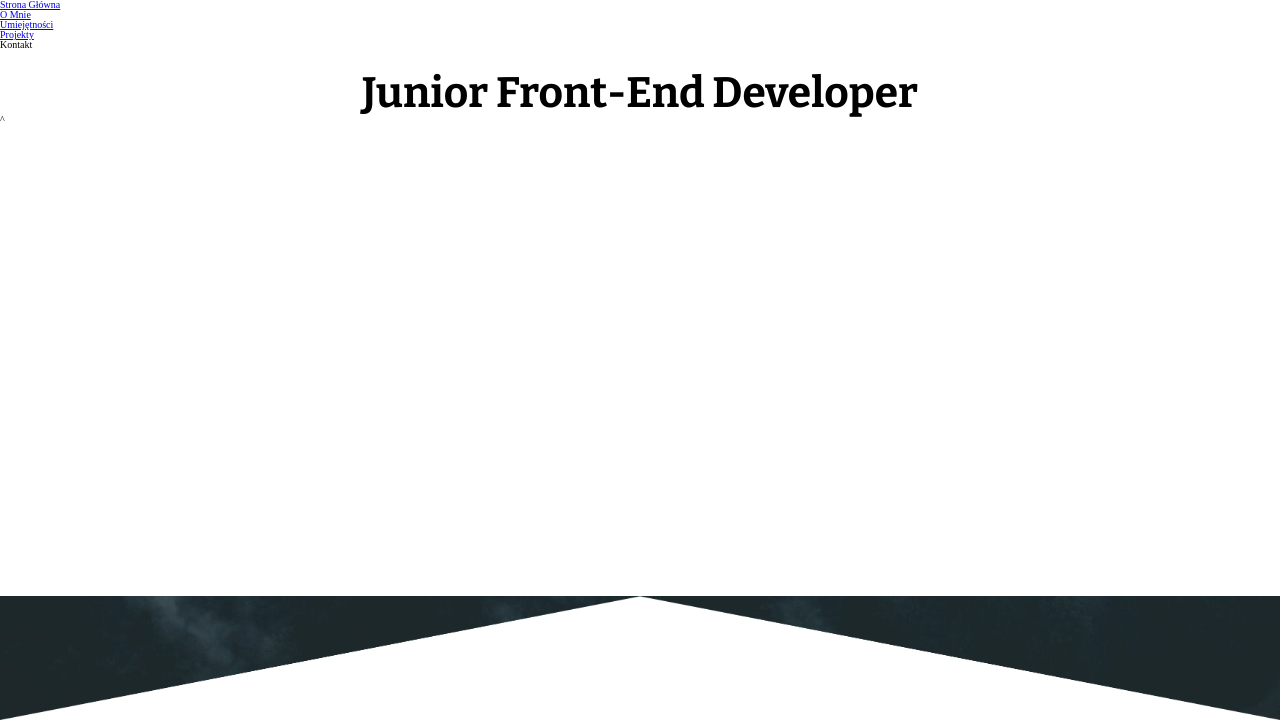
Repository: Maxs777/wizytowka
Page: index.html
These files come from the project's save history. The page is drawn as it stood at one moment and after a run of saves; the edit follows.
The browser window is 1280 px wide. The pictures show the whole page.

Above is the page before, as saved 2019-03-09 21:50:58.

### index.html
<!DOCTYPE html>
<html lang="pl">
<head>
    <meta charset="UTF-8">
    <meta name="viewport" content="width=device-width, initial-scale=1.0">
    <meta http-equiv="X-UA-Compatible" content="ie=edge">
    <link rel="stylesheet" href="_css/style.css">
    <title>Strona-wizytówka</title>
    <meta name="description" content="Jest to moja pierwsza strona-wizytówka">
    <meta name="author" content="Maksymilian Suchocki">
    <link href="https://fonts.googleapis.com/css?family=Bitter:400i,700&amp;subset=latin-ext" rel="stylesheet">
    <link rel="stylesheet" href="https://use.fontawesome.com/releases/v5.7.2/css/all.css"
        integrity="sha384-fnmOCqbTlWIlj8LyTjo7mOUStjsKC4pOpQbqyi7RrhN7udi9RwhKkMHpvLbHG9Sr" crossorigin="anonymous">


</head>
<body>
   <div class="container">
       <header>
        <nav>
            <ul>
                <li><a href="#header">Strona Główna</a></li>
                <li><a href="#section1">O Mnie</a></li>
                <li><a href="#section2">Umiejętności</a></li>
                <li><a href="#section3">Projekty</a></li>
                <li><a href="#section4"></a>Kontakt</li>
            </ul>
        </nav>
           <h1>Junior Front-End Developer</h1>
           <div class="wrapper">^</div>
           <div class="downimage"></div>
        </header>
       <section id="section1" class="aboutme">
           <article class="aboutme"></article>
           <article class="aboutme"></article>
       </section>
       <section id="section2" class="skills"></section>
       <section id="section3" class="project"></section>
       <section id="section4" class="contact"></section>
       <footer></footer>
   </div>
</body>
</html>

### _css/style.css
@import url('reset.css');

:root{
    /* -----------------------------fonts */
    font-size: 62.5%;
    /* font-family: 'Bitter', serif; */

    /*---------------------------- colors */
    --dark-blue-color: #2C3E50;
    --red-color: #E74C3C;
    --white-color: #ECF0F1;
    --main-blue: #3498DB;
    --second-blue: #2980B9;
    /* ---------------------------------- */
}

*,
*::after,
*::before{
    box-sizing: border-box;
}

h1, h2{
    font-family: 'Bitter',
    serif;
}

h1{
    font-size: 4.25rem;
    font-weight: bold;
    text-align: center;
}

nav{
    background-color: rgba(255, 255, 255, .2);
    height: 10vh;
    position: sticky;
    text-decoration: none;


}

.hide{
    position: absolute;
    clip:rect(0px 0px 0px 0px);
    *clip: rect(0 0 0 0);
}

header{
    height: 100vh;
    width: 100vw;
    background: url(../_assets/_img/background.jpg) center / cover;
    background: url(../_assets/_img/background1.png) bottom / contain no-repeat ;
    /* overflow: hidden; */
}

Loaded but not shown: _css/reset.css (common file)

After the next 2 saves:
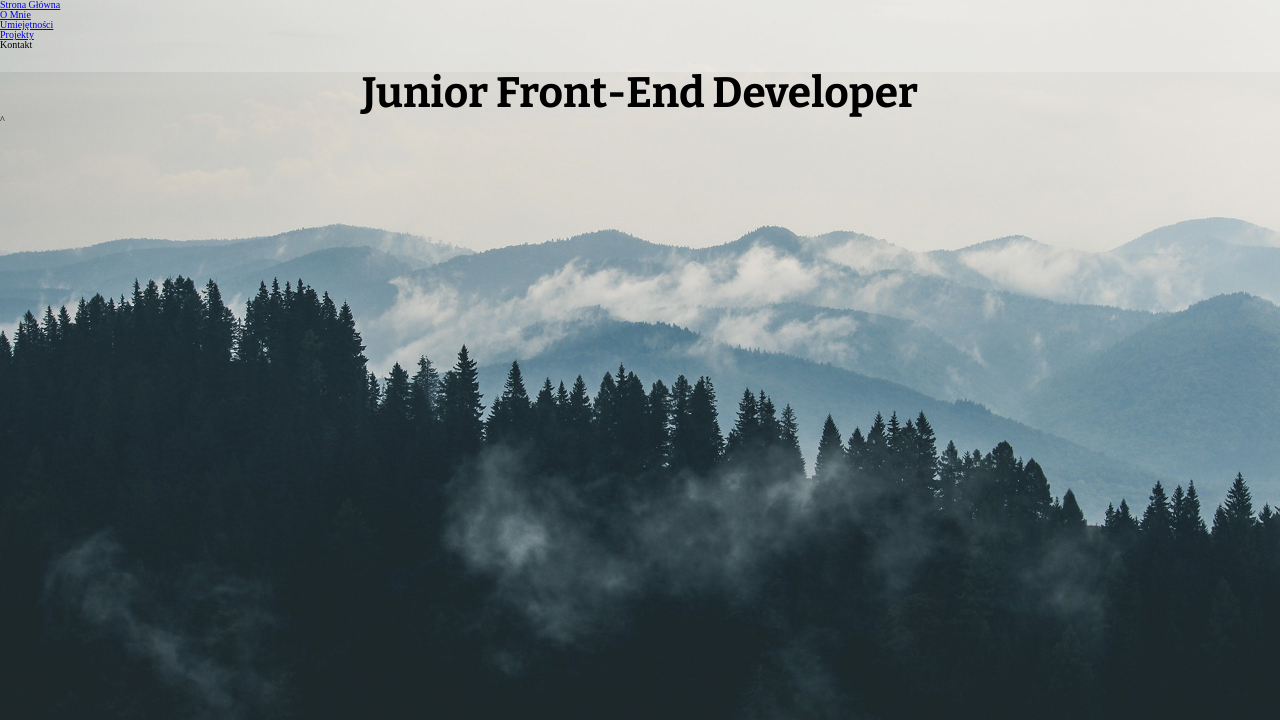
The 2 saves are shown as one change because they came seconds apart.
The last was saved 13 s later.
--- a/_css/style.css
+++ b/_css/style.css
@@ -50,6 +50,5 @@ header{
     height: 100vh;
     width: 100vw;
     background: url(../_assets/_img/background.jpg) center / cover;
-    background: url(../_assets/_img/background1.png) bottom / contain no-repeat ;
     /* overflow: hidden; */
 }
